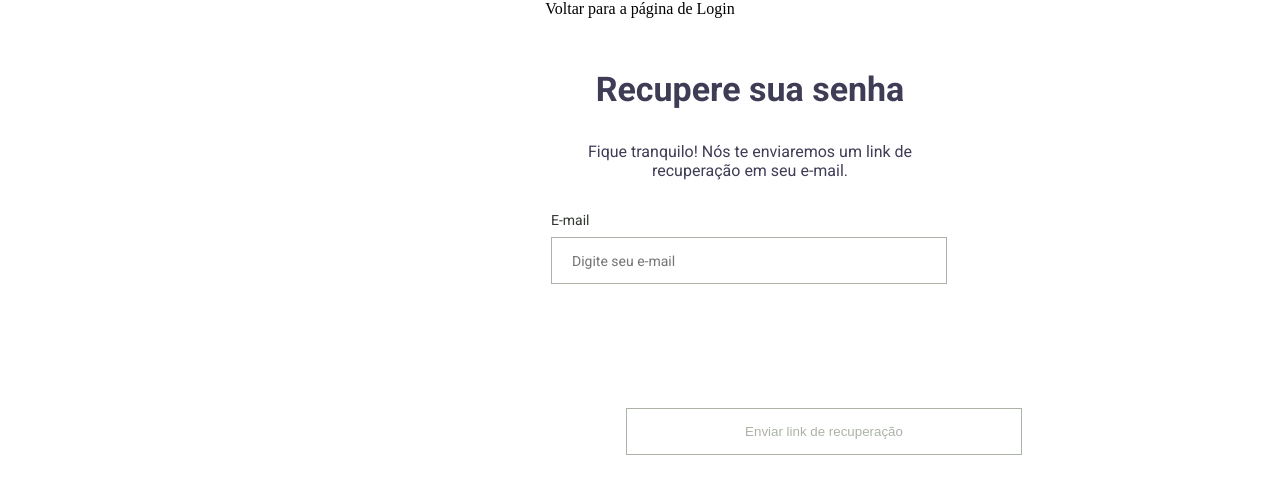
Repository: RenatoCCS/formularios
Page: senha.html
The author's editor kept a copy of each file at every save. The page is drawn from the files as they stood at one save, then again after the next save.
The browser window is 1280 px wide. The pictures show the whole page.

Above is the page before, as saved 2023-03-27 21:53:01.

After the next save:
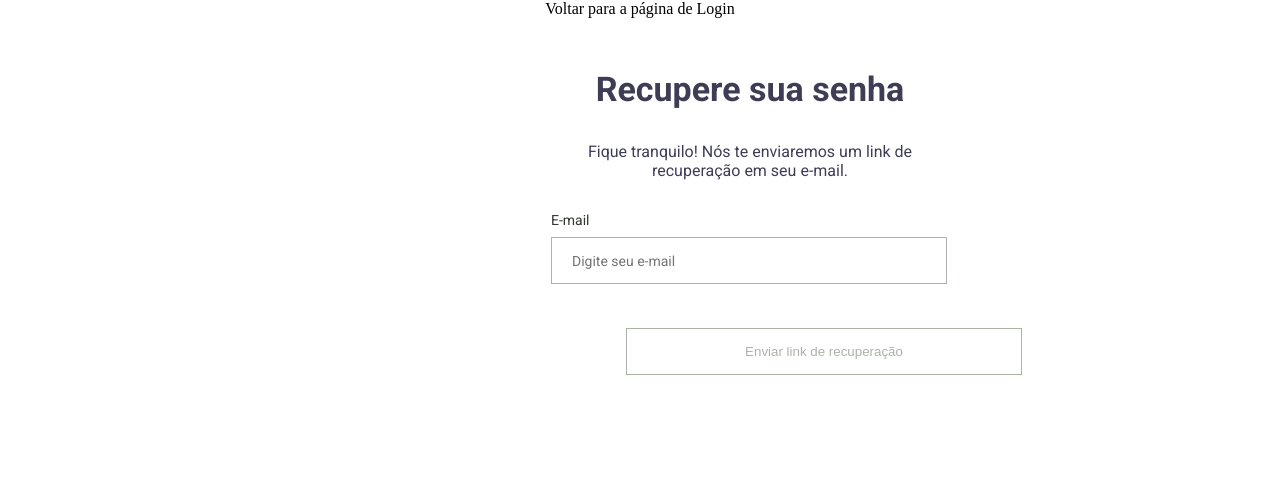
Saved 10 s later.
--- a/style.css
+++ b/style.css
@@ -867,9 +867,9 @@
   position: absolute;
   width: 396px;
   height: 47px;
-  top: 100px;
-  left: 0%;
-
-  color: var(--terceira-cor);
-  background-color: var(--quarta-cor);
-}
+  top: 20px;
+  left: 0%;
+
+  color: var(--terceira-cor);
+  background-color: var(--quarta-cor);
+}
